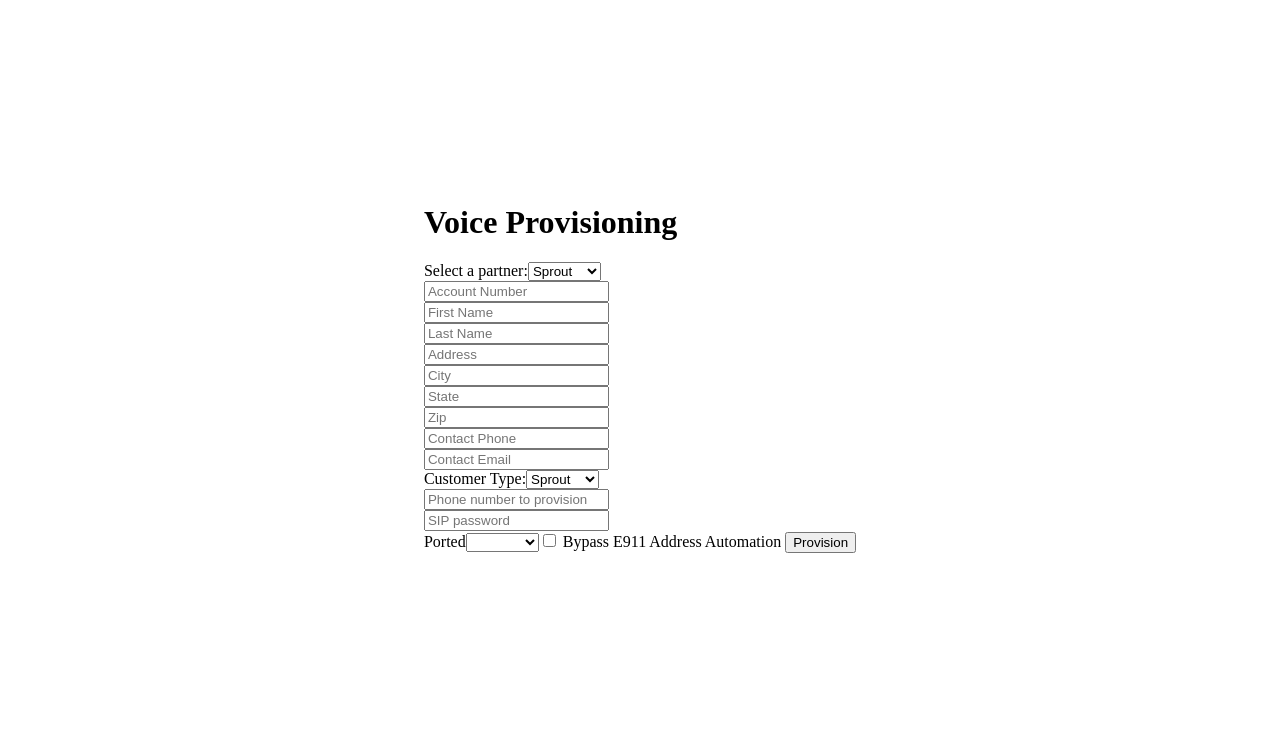
Repository: smallchungus/logiccom
Page: /
These files come from the project's save history. The page is drawn as it stood at one moment and after the next save; the edit follows.
The browser window is 1280 px wide. The pictures show the whole page.
The project was rebuilt for these pictures with package versions that can differ from the ones it lists, and the page was loaded fresh each time. Also part of the build but not shown: vite.config.ts.

Above is the page before, as saved 2023-05-04 11:20:48.

### src/App.vue
<style src="./styles.css"></style>


<template>
<header>
  <h1>Voice Provisioning</h1>
</header>

<form>
      <div class="form-group">
        <label for="partner">Select a partner:</label>
        <select id="partner" name="partner">
          <option value="Sprout">Sprout</option>
          <option value="option2">Option 2</option>
        </select>
      </div>

      <div class="form-group">
        <input type="text" id="accountNum" name="accountNum" placeholder="Account Number">
      </div>

      <div class="form-group">
        <input type="text" id="firstName" name="firstName" placeholder="First Name">
      </div>

      <div class="form-group">
        <input type="text" id="lastName" name="lastName" placeholder="Last Name">
      </div>

      <div class="form-group">
        <input type="text" id="address" name="address" placeholder="Address">
      </div>

      <div class="form-group">
        <input type="text" id="city" name="city" placeholder="City">
      </div>

      <div class="form-group">
        <input type="text" id="state" name="state" placeholder="State">
      </div>

      <div class="form-group">
        <input type="text" id="zip" name="zip" placeholder="Zip">
      </div>

      <div class="form-group">
        <input type="text" id="contactPhone" name="contactPhone" placeholder="Contact Phone">
      </div>

      <div class="form-group">
        <input type="text" id="contactEmail" name="contactEmail" placeholder="Contact Email">
      </div>

      <div class="form-group">
        <label for="customerType">Customer Type:</label>
        <select id="customerType" name="customerType">
          <option value="Sprout">Sprout</option>
          <option value="option2">Option 2</option>
        </select>
      </div>

      <div class="form-group">
        <input type="text" id="phoneToProv" name="phoneToProv" placeholder="Phone number to provision">
      </div>

      <div class="form-group">
        <input type="password" id="sipPassword" name="sipPassword" placeholder="SIP password">
      </div>


    <label for="ported">Ported</label>
    <select id="ported" name="ported">
      <option value=""></option>
      <option value="option2">Option 2</option>
    </select>

    <label>
      <input type="checkbox" >
      Bypass E911 Address Automation
    </label>

    <button type="submit">Provision</button>
  </form>
</template>

### src/styles.css
body {
    display: flex;
    justify-content: center;
    align-items: center;
    height: 100vh;
  }


@media (min-width: 1024px) {
  header {
    display: flex;
    place-items: center;
    padding-right: calc(var(--section-gap) / 2);
  }

  .logo {
    margin: 0 2rem 0 0;
  }

  header .wrapper {
    display: flex;
    place-items: flex-start;
    flex-wrap: wrap;
  }
}

Loaded but not shown: index.html (common file); src/main.ts (common file)

After the next save:
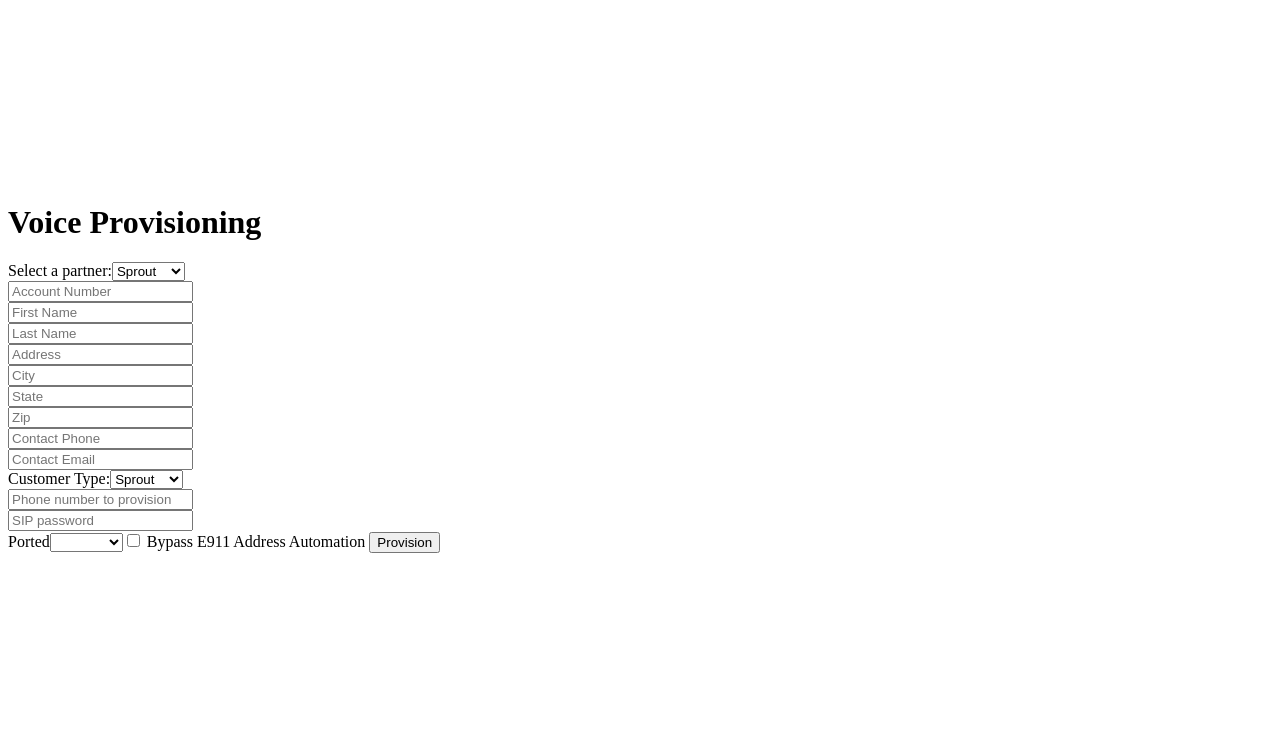
Saved 63 s later.
--- a/src/styles.css
+++ b/src/styles.css
@@ -1,10 +1,10 @@
 body {
     display: flex;
     justify-content: center;
-    align-items: center;
-    height: 100vh;
+    align-items: flex-start;
+    flex-direction: column;
+    height: 100vh; /* set the height to 100% of the viewport height */
   }
-
 
 @media (min-width: 1024px) {
   header {
